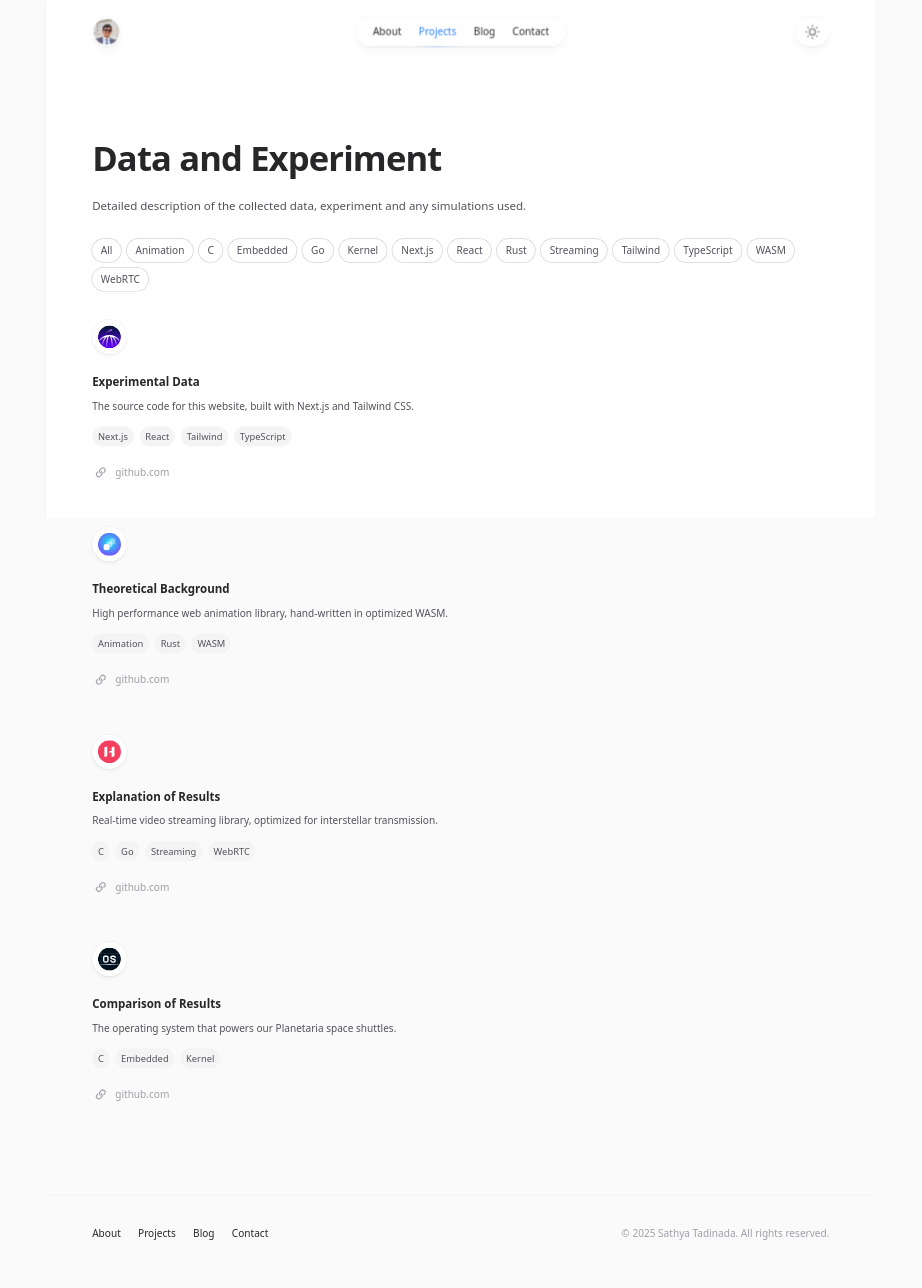
Repository: willwlee/chen3701
Page: /projects
The author's editor kept a copy of each file at every save. The page is drawn from the files as they stood at one save, then again after the next save.
The browser window is 1280 px wide. The pictures show the whole page, at 72% of full size.
The page's requests for data from a server got no answer. The project was rebuilt for these pictures with package versions that can differ from the ones it lists, and the page was loaded fresh each time. The framework's server and built-in components were replaced by stand-ins that run in the browser. No one was signed in, and anything a server would have sent is missing. Also part of the build but not shown: next.config.mjs.

Above is the page before, as saved 2025-08-24 17:09:11.

After the next save:
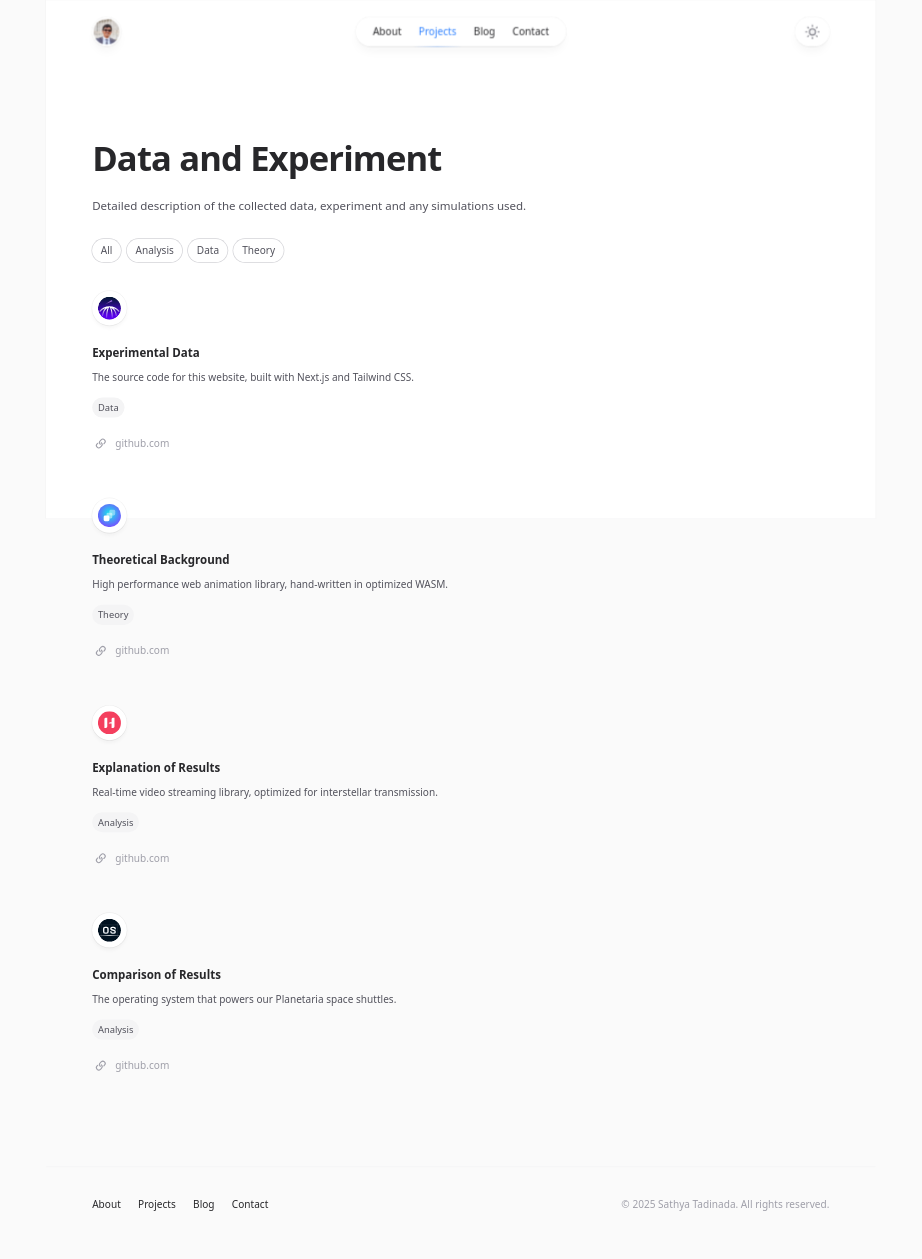
Saved 68 s later.
--- a/src/app/projects/page.tsx
+++ b/src/app/projects/page.tsx
@@ -33,7 +33,7 @@ const projects: Project[] = [
       label: 'github.com',
     },
     logo: logoPlanetaria,
-    tags: ['TypeScript', 'Next.js', 'Tailwind', 'React'],
+    tags: ['Data'],
   },
   {
     name: 'Theoretical Background',
@@ -41,7 +41,7 @@ const projects: Project[] = [
       'High performance web animation library, hand-written in optimized WASM.',
     link: { href: '#', label: 'github.com' },
     logo: logoAnimaginary,
-    tags: ['Rust', 'WASM', 'Animation'],
+    tags: ['Theory'],
   },
   {
     name: 'Explanation of Results',
@@ -49,14 +49,14 @@ const projects: Project[] = [
       'Real-time video streaming library, optimized for interstellar transmission.',
     link: { href: '#', label: 'github.com' },
     logo: logoHelioStream,
-    tags: ['Go', 'Streaming', 'WebRTC', 'C'],
+    tags: ['Analysis'],
   },
   {
     name: 'Comparison of Results',
     description: 'The operating system that powers our Planetaria space shuttles.',
     link: { href: '#', label: 'github.com' },
     logo: logoCosmos,
-    tags: ['C', 'Kernel', 'Embedded'],
+    tags: ['Analysis'],
   },
 ]
 
